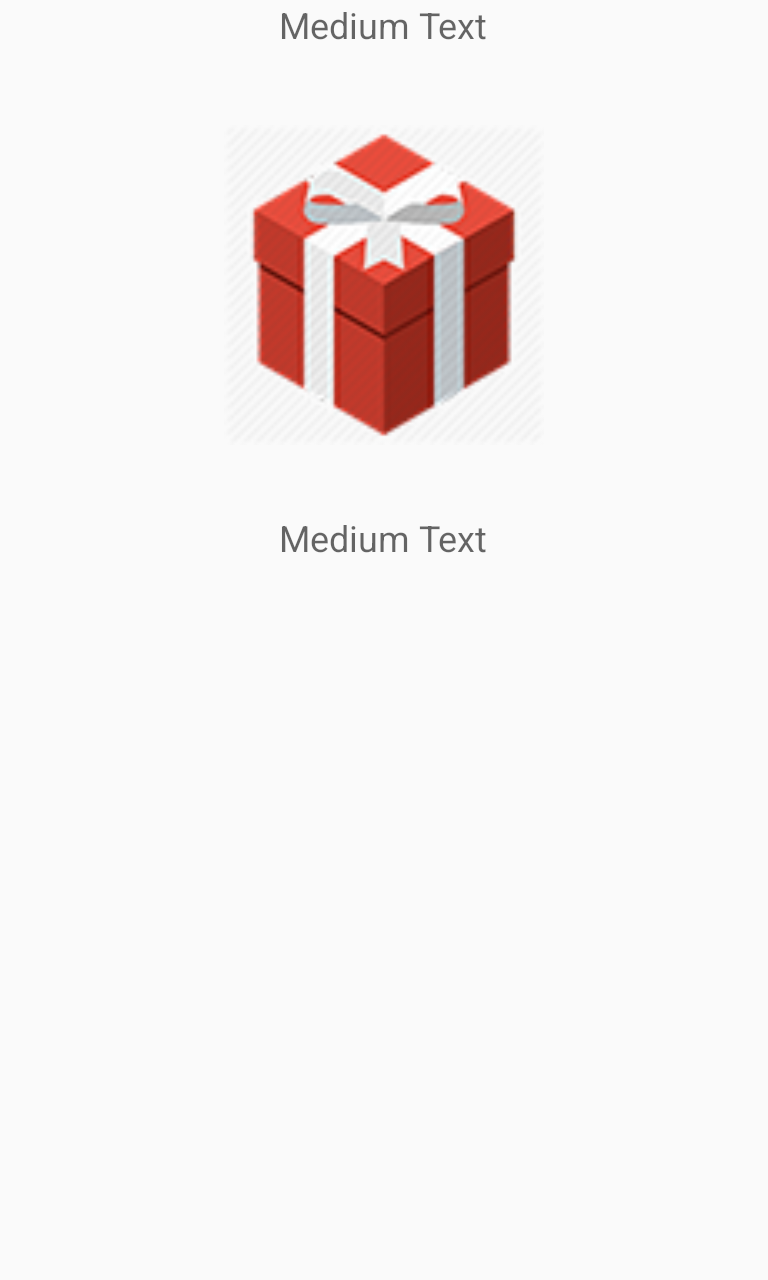
Repository: savindra/cutting-edge
Layout: Humzearch/res/layout/view_reward_item.xml
The author's editor kept a copy of each file at every save. The layout is drawn from the files as they stood at one save, then again after a run of saves.
It is drawn on a 768 x 1280 px phone screen (xhdpi) without system bars, with theme AppTheme; the app's code is not run.

Above is the layout before, as saved 2015-06-17 14:02:41.

After the next 2 saves:
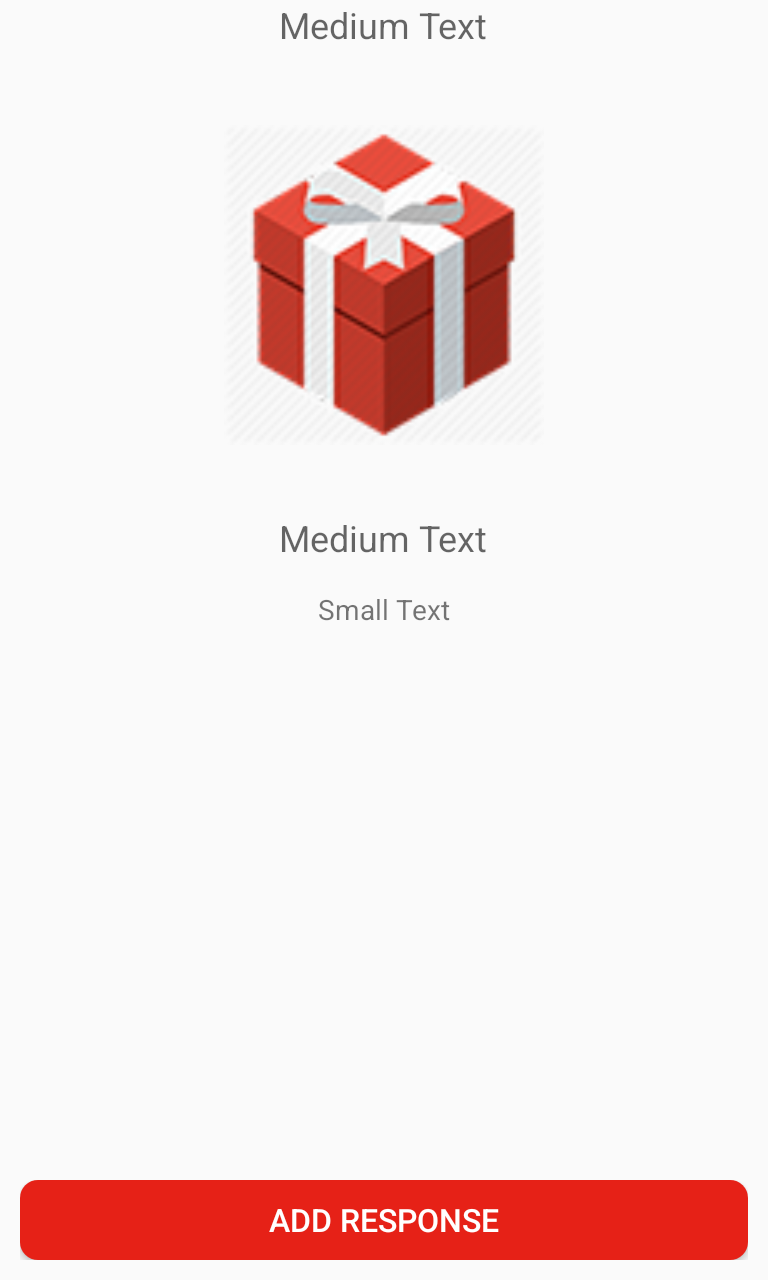
The 2 saves are shown as one change because 1 did not build or start.
The last was saved 109 s later.
--- a/Humzearch/res/layout/view_reward_item.xml
+++ b/Humzearch/res/layout/view_reward_item.xml
@@ -33,4 +33,38 @@
         android:text="Medium Text"
         android:textAppearance="?android:attr/textAppearanceMedium" />
 
+    <TextView
+        android:id="@+id/textView3"
+        android:layout_width="wrap_content"
+        android:layout_height="wrap_content"
+        android:layout_below="@+id/textView2"
+        android:layout_centerHorizontal="true"
+        android:layout_marginTop="14dp"
+        android:text="Small Text"
+        android:textAppearance="?android:attr/textAppearanceSmall" />
+
+   <LinearLayout
+        android:id="@+id/linearLayout5"
+        android:layout_width="match_parent"
+        android:layout_height="wrap_content"
+        android:layout_alignParentBottom="true"
+        android:layout_marginBottom="10dp"
+        android:layout_marginLeft="10dp"
+        android:layout_marginRight="10dp"
+        android:layout_marginTop="10dp"
+        android:gravity="center"
+        android:orientation="vertical" >
+
+        <Button
+            android:id="@+id/btnViewRewardRedeem"
+            style="?android:attr/buttonStyleSmall"
+            android:layout_width="match_parent"
+            android:layout_height="40dp"
+            android:background="@drawable/buttonshape"
+            android:text="@string/addresponse"
+            android:textColor="#FFFFFF"
+            android:textSize="16sp" />
+
+        </LinearLayout>
+
 </RelativeLayout>
